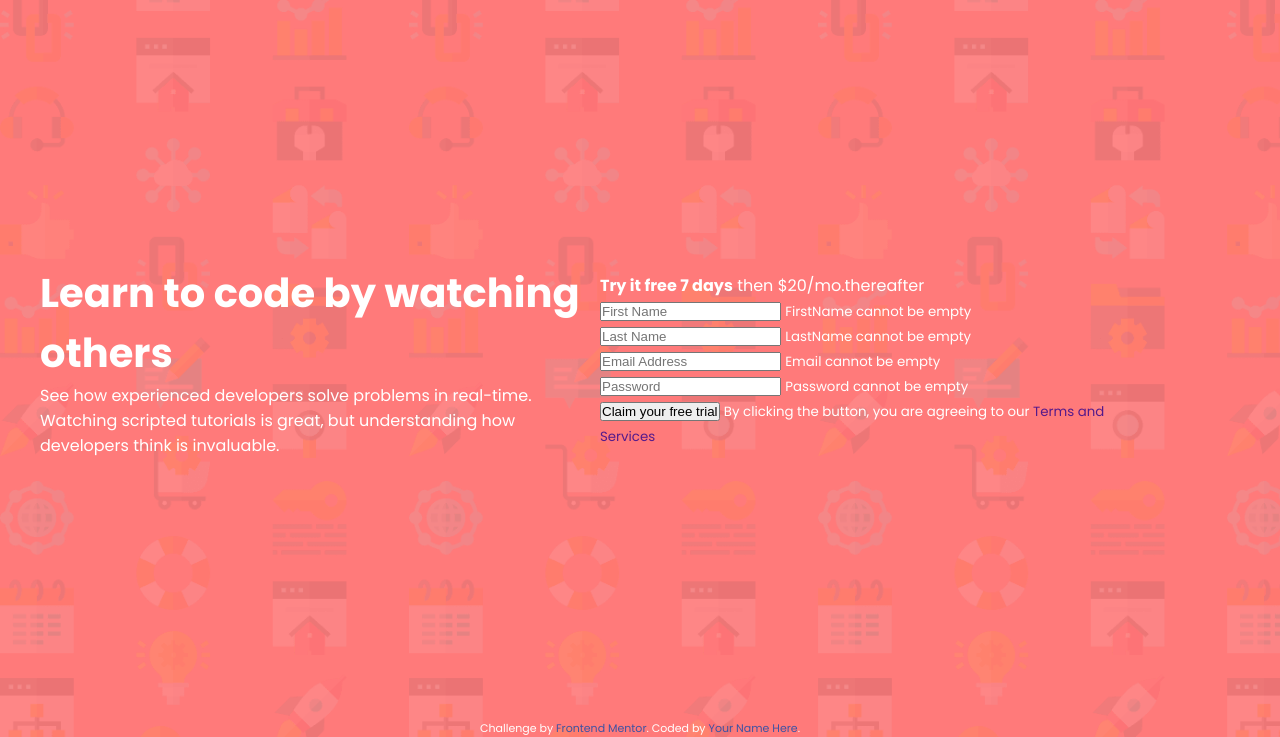
Repository: Akashiii1/WebSignup_Form_Day2
Page: index.html
An editor plug-in stored every save of this project. The page is shown before and after the next save, followed by the edit.
The browser window is 1280 px wide. The pictures show the whole page.

Above is the page before, as saved 2021-12-19 16:44:01.

### index.html
<!DOCTYPE html>
<html lang="en">
  <head>
    <meta charset="UTF-8" />
    <meta name="viewport" content="width=device-width, initial-scale=1.0" />
    <!-- displays site properly based on user's device -->

    <link
      rel="icon"
      type="image/png"
      sizes="32x32"
      href="./images/favicon-32x32.png"
    />

    <title>Frontend Mentor | Intro component with sign up form</title>

    <!-- Feel free to remove these styles or customise in your own stylesheet 👍 -->
    <link rel="stylesheet" href="style.css" />
    <style>
      .attribution {
        font-size: 11px;
        text-align: center;
      }

      .attribution a {
        color: hsl(228, 45%, 44%);
      }
    </style>
  </head>

  <body>
    <!--




  First Name
  Last Name
  Email Address
  Password



   -->
    <div class="container">
      <div>
        <h1>Learn to code by watching others</h1>
        <p>
          See how experienced developers solve problems in real-time. Watching
          scripted tutorials is great, but understanding how developers think is
          invaluable.
        </p>
      </div>
      <div>
        <div class="box box-blue">
          <p><strong> Try it free 7 days</strong> then $20/mo.thereafter</p>
        </div>
        <form action="" class="box">
          <div class="form-control">
            <input type="text" id="firstName" placeholder="First Name"/>
            <small>FirstName cannot be empty</small>
          </div>
          <div class="form-control">
            <input type="text" id="lastName" placeholder="Last Name"/>
            <small>LastName cannot be empty</small>
          </div>
          <div class="form-control">
            <input type="email" id="email" placeholder="Email Address"/>
            <small> Email cannot be empty </small>
            <!-- <small> Email is not valid</small> -->

          </div>
          <div class="form-control">
            <input type="password" id="passWord" placeholder="Password"/>
            <small> Password cannot be empty </small>
          </div>
          <button>Claim your free trial</button>
          <small
            >By clicking the button, you are agreeing to our
            <a href="">Terms and Services</a></small
          >
        </form>
      </div>
    </div>
    <footer>
      <p class="attribution">
        Challenge by
        <a href="https://www.frontendmentor.io?ref=challenge" target="_blank"
          >Frontend Mentor</a
        >. Coded by <a href="#">Your Name Here</a>.
      </p>
    </footer>
    <script src="app.js"></script>
  </body>
</html>

### style.css
@import url('https://fonts.googleapis.com/css2?family=Poppins:wght@400;500;600;700&display=swap');
html {
box-sizing: border-box;
font-size: 100%;
}
*{
margin: 0;
padding: 0;
}
*,*:before,*:after {
box-sizing: border-box;
}
input,
textarea,
select,
button{
outline: none;
}
input{
line-height: normal;
}
label,
button{
cursor: pointer;
}
a {
text-decoration: none;
}
img {
display: block;
max-width: 100%;
}
body{
  font-family: 'Poppins', sans-serif;
  background-image: url(images/bg-intro-desktop.png);
  background-size: cover;
  background-color: hsl(0, 100%, 74%) ;
  color: #fff;
}
.container{
  display: flex;
  flex-wrap: wrap;
  max-width: 1200px;
  padding: 40px;
  justify-content: center;
  align-items: center;
  min-height: 100vh;
}
.container > div{
  flex: 1;
}
.container h1{
  font-size: 40px;
}

Loaded but not shown: app.js (no stored copy; drawn as an empty file)

After the next save:
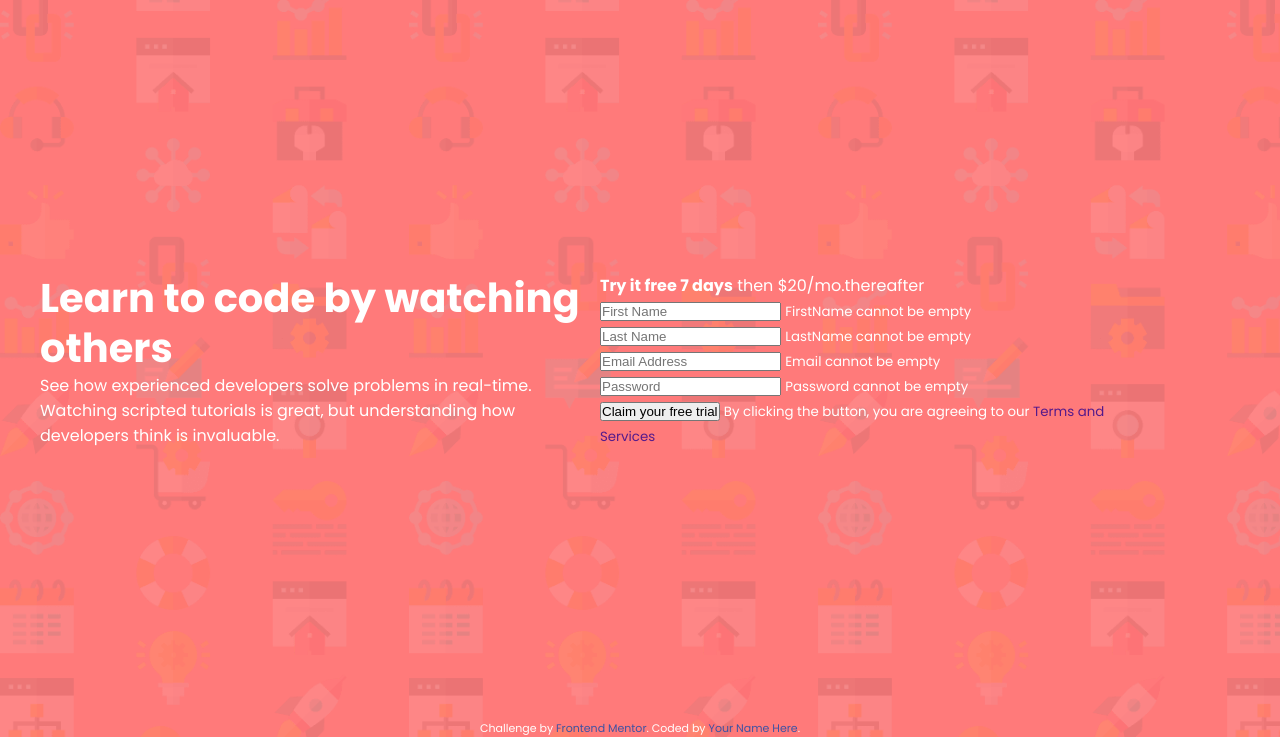
Saved 18 s later.
--- a/style.css
+++ b/style.css
@@ -51,4 +51,5 @@ body{
 }
 .container h1{
   font-size: 40px;
+  line-height: 50px;
 }
